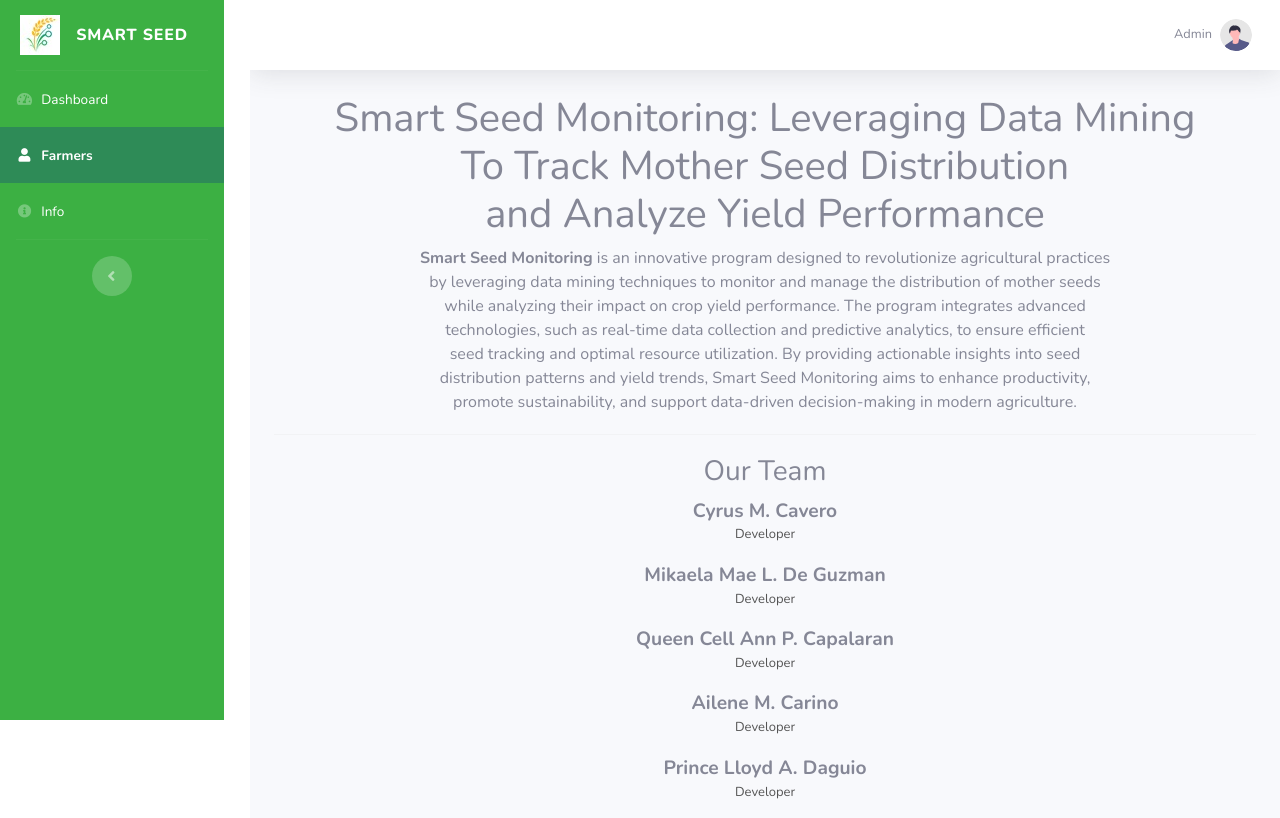
Repository: IFoundGeorge/Smart-Seed-v8-master
Page: src/guest/info.html
The author's editor kept a copy of each file at every save. The page is drawn from the files as they stood at one save, then again after the next save.
The browser window is 1280 px wide. The pictures show the whole page.
The page's requests for data from a server got no answer. Some web libraries are served in a nearby version.

Above is the page before, as saved 2025-04-03 11:00:15.

### src/guest/info.html
<!DOCTYPE html>
<html lang="en">

<head>

    <meta charset="utf-8">
    <meta http-equiv="X-UA-Compatible" content="IE=edge">
    <meta name="viewport" content="width=device-width, initial-scale=1, shrink-to-fit=no">
    <meta name="description" content="">
    <meta name="author" content="">

    <title>Smart Seed</title>

    <link href="../../node_modules/bootstrap/dist/css/bootstrap.min.css" rel="stylesheet" type="text/css" />

    <!-- Custom fonts for this template-->
    <link href="../../node_modules/startbootstrap-sb-admin-2/vendor/fontawesome-free/css/all.min.css" rel="stylesheet" type="text/css">
    <link
        href="https://fonts.googleapis.com/css?family=Nunito:200,200i,300,300i,400,400i,600,600i,700,700i,800,800i,900,900i"
        rel="stylesheet">

    <!-- Custom styles for this template-->
    <link href="../../node_modules/startbootstrap-sb-admin-2/css/sb-admin-2.min.css" rel="stylesheet">

    <link href="../../css/sb-admin-2.css" rel="stylesheet">
    <style>
    /* Change the color of sidebar links */
    .sidebar .nav-item .nav-link {
        color: white; /* Default text color */
    }

    /* Change the hover color for sidebar links */
    .sidebar .nav-item .nav-link:hover {
        background-color: #2e8b57; /* Darker green on hover */
        color: white; /* Text color on hover */
    }

    /* Change the color of active sidebar links */
    .sidebar .nav-item.active .nav-link {
        background-color: #2e8b57; /* Darker green for active links */
        color: white; /* Text color for active links */
    }

    /* Adjust content wrapper margin when the sidebar is toggled */
    body.sidebar-toggled #content-wrapper {
        margin-left: 100px; /* Adjust this value to match the collapsed sidebar width + margin */
        transition: margin-left 0.3s ease; /* Smooth transition */
    }

    /* Adjust the sidebar width when toggled */
    body.sidebar-toggled .sidebar {
        width: 80px; /* Collapsed sidebar width */
        transition: width 0.3s ease; /* Smooth transition */
    }

    /* Hide the sidebar text when toggled */
    body.sidebar-toggled .sidebar .nav-item .nav-link span {
        display: none; /* Hide the text */
    }

    /* Center the icons in the sidebar when toggled */
    body.sidebar-toggled .sidebar .nav-item .nav-link {
        text-align: center;
        padding: 0.75rem 0;
    }

    /* Add margin to the content for better spacing */
    #content-wrapper {
        margin-left: 250px; /* Default margin when the sidebar is expanded */
        transition: margin-left 0.3s ease; /* Smooth transition */
    }
</style>
</head>

<body id="page-top">

    <!-- Page Wrapper -->
    <div id="wrapper">

        <!-- Sidebar -->
        <ul class="navbar-nav sidebar sidebar-dark accordion" id="accordionSidebar" style="background-color: #3cb043;">
            <!-- Sidebar - Brand -->
            <a class="sidebar-brand d-flex align-items-center justify-content-center" href="index.html">
                <img src="../../img/smartseed_logo.jpg" alt="Smart Seed Logo">
                <div class="sidebar-brand-text mx-3">Smart Seed</div>
            </a>

            <!-- Divider -->
            <hr class="sidebar-divider my-0">

            <!-- Nav Item - Dashboard -->
            <li class="nav-item">
                <a class="nav-link" href="index.html">
                    <i class="fas fa-fw fa-tachometer-alt"></i>
                    <span>Dashboard</span>
                </a>
            </li>

            <!-- Nav Item - Farmers -->
            <li class="nav-item active">
                <a class="nav-link" href="farmers.html">
                    <i class="fas fa-fw fa-user"></i>
                    <span>Farmers</span>
                </a>
            </li>

            <!-- Nav Item - Info -->
            <li class="nav-item">
                <a class="nav-link" href="info.html">
                    <i class="fas fa-fw fa-info-circle"></i>
                    <span>Info</span>
                </a>
            </li>

            <!-- Divider -->
            <hr class="sidebar-divider d-none d-md-block">

            <!-- Sidebar Toggler (Sidebar) -->
            <div class="text-center d-none d-md-inline">
                <button class="rounded-circle border-0" id="sidebarToggle"></button>
            </div>
        </ul>
        <!-- End of Sidebar -->

               <!-- Content Wrapper -->
               <div id="content-wrapper" class="d-flex flex-column">

                <!-- Main Content -->
                <div id="content">

                    <!-- Topbar -->
                    <nav class="navbar navbar-expand navbar-light bg-white topbar mb-4 static-top shadow">

                        <!-- Sidebar Toggle (Topbar) -->
                        <button id="sidebarToggleTop" class="btn btn-link d-md-none rounded-circle mr-3">
                            <i class="fa fa-bars"></i>
                        </button>



                        <!-- Topbar Navbar -->
                        <ul class="navbar-nav ml-auto">

                            <!-- Nav Item - Search Dropdown (Visible Only XS) -->
                            <li class="nav-item dropdown no-arrow d-sm-none">
                                <a class="nav-link dropdown-toggle" href="#" id="searchDropdown" role="button"
                                    data-toggle="dropdown" aria-haspopup="true" aria-expanded="false">
                                    <i class="fas fa-search fa-fw"></i>
                                </a>
                                <!-- Dropdown - Messages -->
                                <div class="dropdown-menu dropdown-menu-right p-3 shadow animated--grow-in"
                                    aria-labelledby="searchDropdown">
                                    <form class="form-inline mr-auto w-100 navbar-search">
                                        <div class="input-group">
                                            <input type="text" class="form-control bg-light border-0 small"
                                                placeholder="Search for..." aria-label="Search"
                                                aria-describedby="basic-addon2">
                                            <div class="input-group-append">
                                                <button class="btn btn-primary" type="button">
                                                    <i class="fas fa-search fa-sm"></i>
                                                </button>
                                            </div>
                                        </div>
                                    </form>
                                </div>
                            </li>



                            <!-- Nav Item - User Information -->
                            <li class="nav-item dropdown no-arrow">
                                <a class="nav-link dropdown-toggle" href="#" id="userDropdown" role="button"
                                    data-toggle="dropdown" aria-haspopup="true" aria-expanded="false">
                                    <span class="mr-2 d-none d-lg-inline text-gray-600 small">Admin</span>
                                    <img class="img-profile rounded-circle"
                                        src="../../img/undraw_profile.svg">
                                </a>
                                <!-- Dropdown - User Information -->
                                <div class="dropdown-menu dropdown-menu-right shadow animated--grow-in"
                                    aria-labelledby="userDropdown">
                                    <a class="dropdown-item" href="#">
                                        <i class="fas fa-user fa-sm fa-fw mr-2 text-gray-400"></i>
                                        Profile
                                    </a>
                                    <div class="dropdown-divider"></div>
                                    <a class="dropdown-item" href="#" data-toggle="modal" data-target="#logoutModal">
                                        <i class="fas fa-sign-out-alt fa-sm fa-fw mr-2 text-gray-400"></i>
                                        Logout
                                    </a>
                                </div>
                            </li>

                        </ul>

                    </nav>
                    <!-- End of Topbar -->

                    <!-- Begin Page Content -->
                    <div class="container-fluid text-center">
                        <div class="fade-in">
                            <h1>Smart Seed Monitoring: Leveraging Data Mining<br> To Track Mother Seed Distribution<br> and Analyze Yield Performance</h1>
                            <p><strong>Smart Seed Monitoring</strong> is an innovative program designed to revolutionize agricultural practices<br>
                                by leveraging data mining techniques to monitor and manage the distribution of mother seeds<br>
                                while analyzing their impact on crop yield performance. The program integrates advanced <br>
                                technologies, such as real-time data collection and predictive analytics, to ensure efficient<br>
                                seed tracking and optimal resource utilization. By providing actionable insights into seed <br>
                                distribution patterns and yield trends, Smart Seed Monitoring aims to enhance productivity,<br>
                                promote sustainability, and support data-driven decision-making in modern agriculture.</p>
                                <hr class="styled-line">
                                <h3>Our Team</h3>
                                <p><span class="team-member-cyrus"><strong>Cyrus M. Cavero</strong></span>
                                <span class="dev-cyrus" style="font-size: small;">Developer</span></p>

                                <p><span class="team-member-miks"><strong>Mikaela Mae L. De Guzman</strong></span>
                                <span class="dev-miks" style="font-size: small;">Developer</span></p>

                                <p><span class="team-member-queen"><strong>Queen Cell Ann P. Capalaran</strong></span>
                                <span class="dev-queen" style="font-size: small;">Developer</span></p>

                                <p><span class="team-member-ailene"><strong>Ailene M. Carino</strong></span>
                                <span class="dev-ailene" style="font-size: small;">Developer</span></p>

                                <p><span class="team-member-prince"><strong>Prince Lloyd A. Daguio</strong></span>
                                <span class="dev-prince" style="font-size: small;">Developer</span></p>
                        </div>
                    </div>
                    <!-- /.container-fluid -->








    </div>
    <!-- End of Page Wrapper -->

    <!-- Scroll to Top Button-->
    <a class="scroll-to-top rounded" href="#page-top">
        <i class="fas fa-angle-up"></i>
    </a>

    <!-- Logout Modal-->
    <div class="modal fade" id="logoutModal" tabindex="-1" role="dialog" aria-labelledby="exampleModalLabel"
        aria-hidden="true">
        <div class="modal-dialog" role="document">
            <div class="modal-content">
                <div class="modal-header">
                    <h5 class="modal-title" id="exampleModalLabel">Ready to Leave?</h5>
                    <button class="close" type="button" data-dismiss="modal" aria-label="Close">
                        <span aria-hidden="true">×</span>
                    </button>
                </div>
                <div class="modal-body">Select "Logout" below if you are ready to end your current session.</div>
                <div class="modal-footer">
                    <button class="btn btn-secondary" type="button" data-dismiss="modal">Cancel</button>
                    <a class="btn btn-primary" href="login.html">Logout</a>
                </div>
            </div>
        </div>
    </div>

    <!-- Bootstrap core JavaScript-->
    <script src="../../vendor/jquery/jquery.min.js"></script>
    <script src="../../vendor/bootstrap/js/bootstrap.bundle.min.js"></script>

    <!-- Core plugin JavaScript-->
    <script src="../../vendor/jquery-easing/jquery.easing.min.js"></script>

    <!-- Custom scripts for all pages-->
    <script src="../../js/sb-admin-2.min.js"></script>

    <!-- Page level plugins -->

    <!-- Page level custom scripts -->
    <script src="../../js/demo/chart-area-demo.js"></script>




</html></body>
</html>

### js/demo/chart-area-demo.js
document.addEventListener("DOMContentLoaded", function () {
  const areaCtx = document.getElementById("myAreaChart")?.getContext("2d");
  const barCtx = document.getElementById("myChart")?.getContext("2d");

  let areaChart = null;
  let barChart = null;

  function computeSMA(values, windowSize) {
      let sma = [];
      for (let i = 0; i < values.length; i++) {
          if (i < windowSize - 1) {
              sma.push(null);
          } else {
              let sum = 0;
              for (let j = 0; j < windowSize; j++) {
                  sum += values[i - j];
              }
              sma.push(sum / windowSize);
          }
      }
      return sma;
  }

  function computeEMA(values, windowSize) {
      let ema = [];
      let alpha = 2 / (windowSize + 1);
      let prevEMA = values[0];
      ema.push(prevEMA);

      for (let i = 1; i < values.length; i++) {
          let newEMA = alpha * values[i] + (1 - alpha) * prevEMA;
          ema.push(newEMA);
          prevEMA = newEMA;
      }
      return ema;
  }

  function fetchDataAndUpdateChart() {
      fetch("http://localhost:3000/api/data", { cache: "no-store" })
          .then(response => response.json())
          .then(data => {
              console.log("📊 Updated Historical Yield Data:", data);

              let labels = data.map(entry => entry.Date);
              let values = data.map(entry => entry.Yield_kg_per_hectare);
              let smaValues = computeSMA(values, 3);
              let emaValues = computeEMA(values, 3);

              // Reverse only the data (not labels)
              values.reverse();
              smaValues.reverse();
              emaValues.reverse();

              // Destroy previous charts if they exist
              if (areaChart) areaChart.destroy();
              if (barChart) barChart.destroy();

              // Create Area Chart (Line Chart)
              if (areaCtx) {
                  areaChart = new Chart(areaCtx, {
                      type: "line",
                      data: {
                          labels: labels,
                          datasets: [
                              {
                                  label: "Yield (kg per hectare)",
                                  data: values,
                                  borderColor: "blue",
                                  fill: false
                              },
                              {
                                  label: "3-Month Moving Avg (SMA)",
                                  data: smaValues,
                                  borderColor: "red",
                                  borderDash: [5, 5],
                                  fill: false
                              },
                              {
                                  label: "3-Month Moving Avg (EMA)",
                                  data: emaValues,
                                  borderColor: "green",
                                  borderDash: [2, 2],
                                  fill: false
                              }
                          ]
                      },
                      options: {
                          responsive: true,
                          scales: {
                              y: { beginAtZero: true }
                          }
                      }
                  });
              }

              // Create Bar Chart
              if (barCtx) {
                  barChart = new Chart(barCtx, {
                      type: "bar",
                      data: {
                          labels: labels,
                          datasets: [{
                              label: "Average Yield",
                              data: values,
                              backgroundColor: "rgba(75, 192, 192, 0.2)",
                              borderColor: "rgba(75, 192, 192, 1)",
                              borderWidth: 1
                          }]
                      },
                      options: {
                          responsive: true,
                          scales: {
                              y: { beginAtZero: true }
                          }
                      }
                  });
              }
          })
          .catch(error => console.error("❌ Error fetching data:", error));
  }

  // Make function globally accessible
  window.fetchDataAndUpdateChart = fetchDataAndUpdateChart;

  // Call initially after page loads
  fetchDataAndUpdateChart();

  // Auto-refresh every 30 seconds
  if (!window.chartUpdateInterval) {
      window.chartUpdateInterval = setInterval(fetchDataAndUpdateChart, 30000);
  }
});

Loaded but not shown: vendor/fontawesome-free/css/all.min.css (library); css/sb-admin-2.min.css (library); css/sb-admin-2.css (library); vendor/jquery/jquery.min.js (library); vendor/bootstrap/js/bootstrap.bundle.min.js (library); vendor/jquery-easing/jquery.easing.min.js (common file); js/sb-admin-2.min.js (common file)

After the next save:
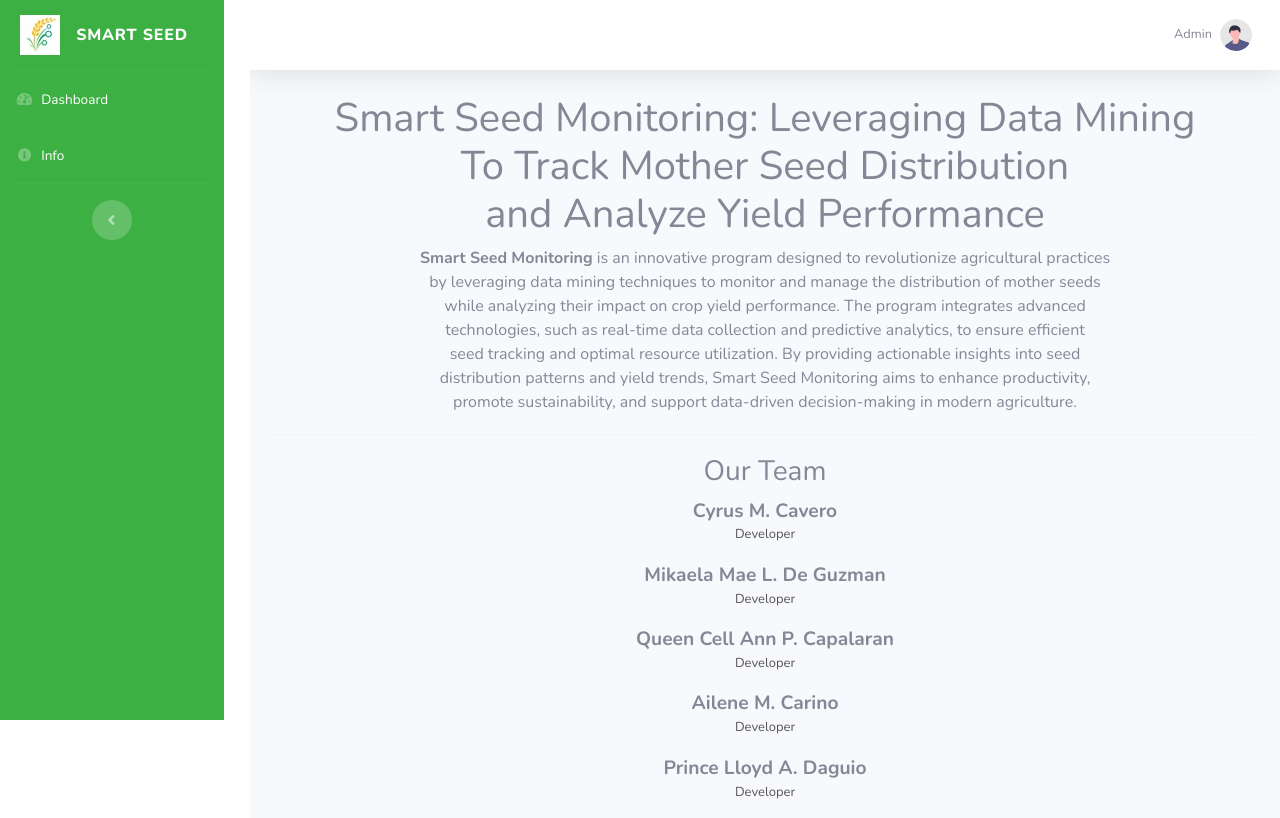
Saved 8 s later.
--- a/src/guest/info.html
+++ b/src/guest/info.html
@@ -93,14 +93,6 @@
                 <a class="nav-link" href="index.html">
                     <i class="fas fa-fw fa-tachometer-alt"></i>
                     <span>Dashboard</span>
-                </a>
-            </li>
-
-            <!-- Nav Item - Farmers -->
-            <li class="nav-item active">
-                <a class="nav-link" href="farmers.html">
-                    <i class="fas fa-fw fa-user"></i>
-                    <span>Farmers</span>
                 </a>
             </li>
 
